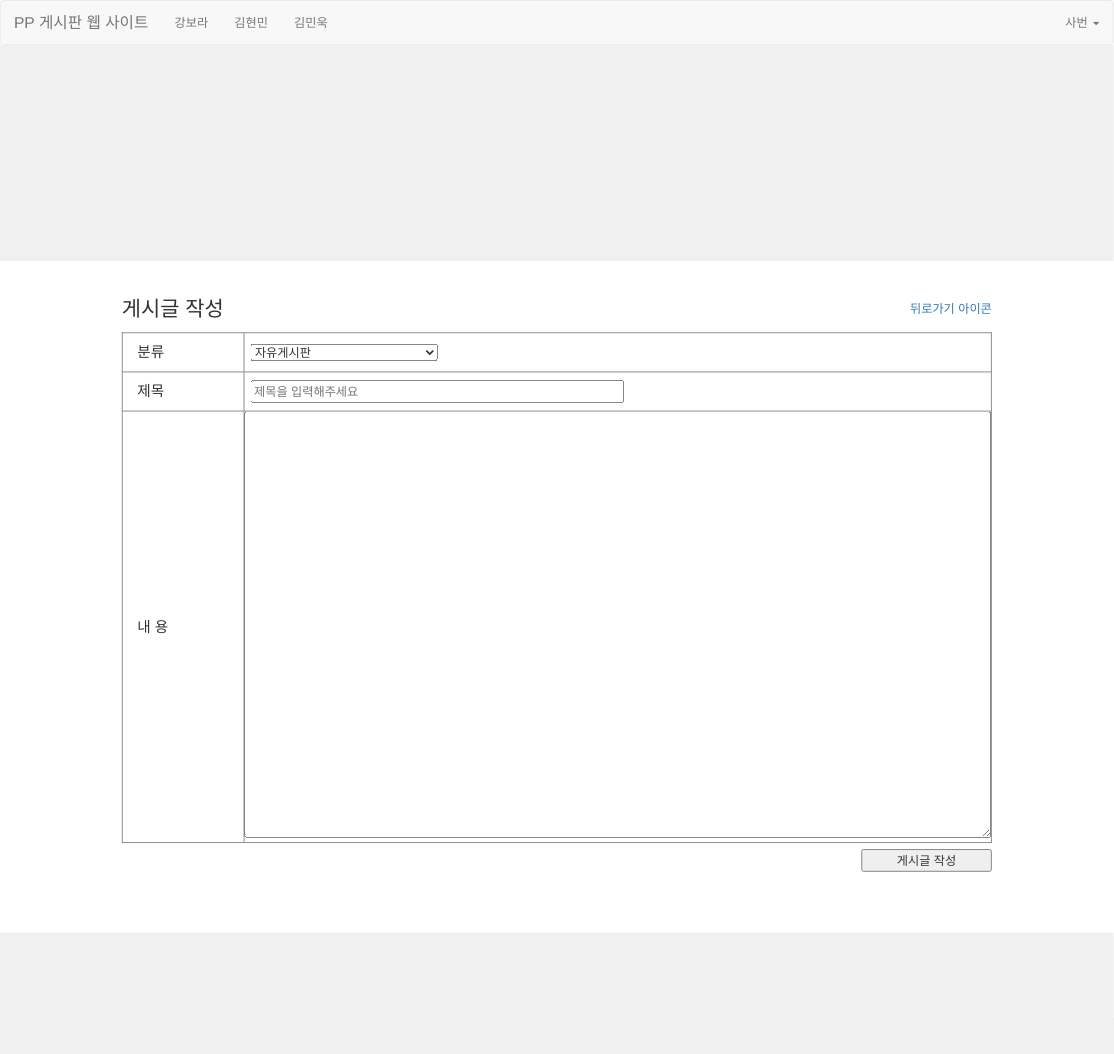
Repository: hyunminini/CommunityPage
Page: http://localhost/PP_Project/boardWrite.jsp
The author's editor kept a copy of each file at every save. The page is drawn from the files as they stood at one save, then again after the next save.
The browser window is 1280 px wide. The pictures show the whole page, at 87% of full size.
Some web libraries are served in a nearby version. The page is served by Tomcat 9. Other server files are loaded and not shown.

Above is the page before, as saved 2022-09-28 05:43:00.

### PP_Project/WebContent/boardWrite.jsp
<!DOCTYPE html>
<html>
<head>
<meta http-equiv="Content-Type" content="text/html; charset=utf-8">
<meta name="viewport" content="width=device-width" initial-scal="1">
<link rel="stylesheet" href="css/bootstrap.css">
<link rel="stylesheet" href="css/board.css">
<link rel="stylesheet" href="css/layout.css">
<title>BoardWrite.jsp</title>

<script language=javascript>
function checkValid() {
    var f = window.document.writeForm;
 	if ( f.select.value == "" ) {
		alert( "분류를 선택해 주세요." );
		return false;
	}
	if ( f.title.value == "" ) {
		alert( "제목을 입력해 주세요." );
		return false;
	}
    return true;
}
</script>

</head>
<body>


<!-- 네비게이션 -->
<nav class="navbar navbar-default">
		<!-- 네비게이션 상단 Header  -->
		<div class="navnar-header">
			<button
				type="button"
				class="navbar-toggle collapese"
				data-toggle="collapse"
				data-target="#bs-example-navbar-collapse-1"
				aria-expanded="false">

				<span class="icon-bar"></span>
				<span class="icon-bar"></span>
				<span class="icon-bar"></span>
			</button>
			<a class="navbar-brand" href="main.jsp">
				PP 게시판 웹 사이트
			</a>
		</div>

		<!-- 메뉴 영역 깃허브 링크 이동 -->
		<div class="collapse navbar-collapse" id="bs-example-navbar-collapse-1">
			<ul class="nav navbar-nav">
				<li><a href="#">강보라</a></li>
				<li><a href="#">김현민</a></li>
				<li><a href="#">김민욱</a></li>
			</ul>

			<!-- 메뉴 드랍다운 영역 -->
			<ul class="nav navbar-nav navbar-right">
				<li class="dropdown">
					<a href="#"
						class="dropdown-toggle"
						data-toggle="dropdown"
						role="button"
						aria-haspopup="true"
						aria-expanded="false"
					>
					사번  ${empno}

					<span class="caret"></span>
					</a>
				<!-- 드랍다운 아이템 영역 -->
				<ul class="dropdown-menu">
					<li class="active">
						<a href="logoutAction.jsp">로그아웃</a>
					</li>
				</ul>
			</li>
		</ul>
	</div>
</nav>

	<!-- 메인 이미지 -->
<div class="mainImg"></div>

<div class="form-wrap">
<form name="writeForm" method="post" action="board.do" onSubmit='checkValid()'>
	<input type="hidden" name="command" value="write">
	<table align="center" cellpadding="5" cellspacing="2" width="100%" border="1">
      	<div class="board-text-flex">
      		<h3 class="board-name">게시글 작성</h3>
      		<p><a href="javascript:history.back();">뒤로가기 아이콘</a></p>
      	</div>
    	<tr>
       	 	<td class="left-td">
            	<p class="board-in-text">분류</p>
        	</td>
        	<td class="right-td">
				<select class="category" name="category">
					<option value="자유게시판">자유게시판</option>
					<option value="점메추">점메추</option>
					<option value="유머">유머</option>
				</select>
			</td>
    	</tr>
    	<tr>
        	<td class="left-td">
            	<p class="board-in-text">제목</p>
       		</td>
        	<td class="right-td">
				<input class="title" type=text name="title" placeholder="제목을 입력해주세요">
			</td>
   		</tr>

   		<tr>
       		<td class="left-td">
            	<p class="board-in-text">내 용</p>
        	</td>
        	<td class="right-td">
				<textarea name="content" cols="50" rows="10"></textarea>
			</td>
    	</tr>
	</table>
	<input type="hidden" name="board_cnum" value="${board_cnum}"></input>
	<input type="hidden" name="empno" value="${SessionScope.empno}"></input>

	<div class="btn-wrap">
		<input class="submit" type="submit" value="게시글 작성">
	</div>


</form>

</div>

<footer>
	<div class="max-wrap">

	</div>
</footer>

<script src="https://code.jquery.com/jquery-3.1.1.min.js"></script>
<script src="js/bootstrap.js"></script>

</body>
</html>

### PP_Project/WebContent/css/board.css
@charset "UTF-8";

	.board-text-flex {
		display: flex;
		justify-content: space-between;
		align-items: center;
		padding: 3em 0 1em 0;
	}
	.board-text-flex h3 {
		margin: 0px;
	}
	.board-text-flex p {
		margin: 0px;
	}
	.form-wrap {
		width: 100%;
		max-width: 1000px;
		margin: 0 auto;
	}
	.board-in-text {
		margin: 0px;
		font-size: 1.2em;
		margin-left: 1em;
		padding: 10px 0px 10px 0px;
	}
	.category {
		width: 25%;
		margin-left: 0.5em;
	}
	.title {
		width: 50%;
		margin-left: 0.5em;
	}
	.btn-wrap {
		text-align: right;
	}
	.submit {
		margin-top: 0.5em;
		width: 15%;
	}
	.left-td {
		width: 10em;
	}
	textarea {
		width: 100%;
		height: 35em;
	}

	.max-wrap{
		width:100%;
		max-width:800px;
		margin: 0 auto;
	}

	.board-wrap {
		margin-top: 5em;
	}

	.read-title {
		border-top: 1px solid #ccc;
		border-bottom: 1px solid #ccc;
		background-color: #f0f0f0;
		display: flex;
		justify-content: space-between;
		align-items: center;
		padding: 1em 0.5em 1em 0.5em;
	}

	.read-title p{
		margin: 0;
	}
	.read-conwrap {
		margin: 0px;
		padding: 1em 0.3em 1em 0.3em;
		border-bottom: 1px solid #ccc;
		display: flex;
		justify-content: space-between;
	}

	.ename {
		margin: 0px;
	}

	.read-con {
		margin: 0px;
		display: flex;
		align-items: center;
	}

	.read-con li {
		list-style: none;
		margin-left: 0.5em;
	}

	.data-btn {
		padding-top: 2em;
	}

### PP_Project/WebContent/css/layout.css
@charset "UTF-8";

	.navbar {
		margin: 0;
	}
	.mainImg {
		background: #f0f0f0;
		width: 100%;
		height: 248px;
	}

	footer {
		width:100%;
		height: 10em;
		margin: 0 auto;
		background: #f0f0f0;
		margin-top: 5em;
	}

Loaded but not shown: PP_Project/WebContent/css/bootstrap.css (library); PP_Project/WebContent/js/bootstrap.js (library)

After the next save:
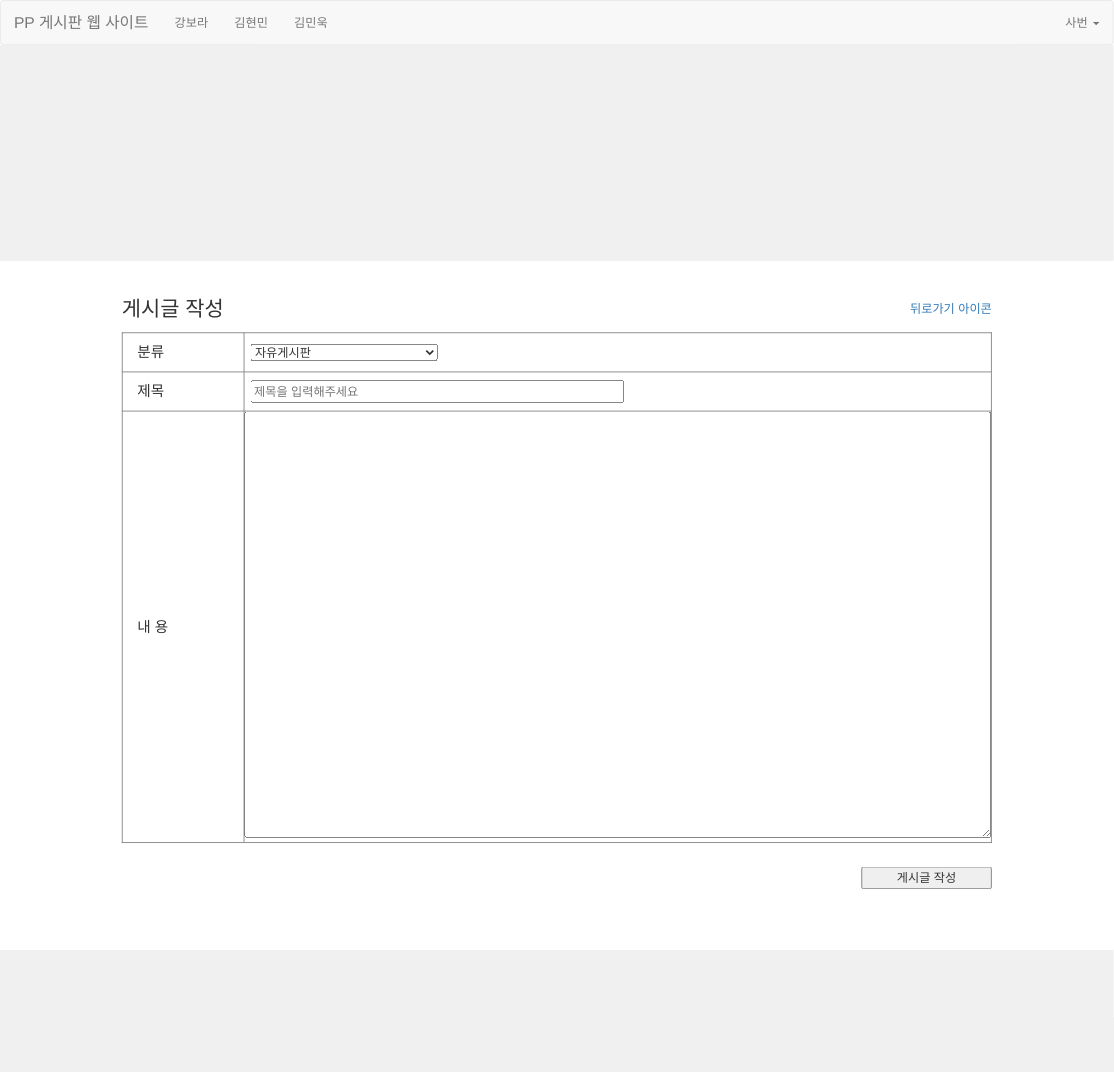
Saved 3 min 24 s later.
--- a/PP_Project/WebContent/boardWrite.jsp
+++ b/PP_Project/WebContent/boardWrite.jsp
@@ -123,6 +123,7 @@ function checkValid() {
 	</table>
 	<input type="hidden" name="board_cnum" value="${board_cnum}"></input>
 	<input type="hidden" name="empno" value="${SessionScope.empno}"></input>
+	<h2>${SessionScope.empno}</h2>
 
 	<div class="btn-wrap">
 		<input class="submit" type="submit" value="게시글 작성">
